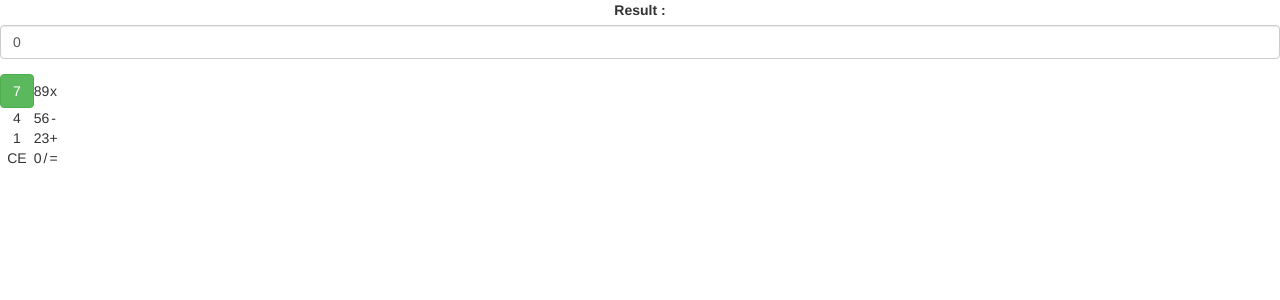
Repository: ranantharaj/calculator
Page: /
These files come from the project's save history. The page is drawn as it stood at one moment and after the next save; the edit follows.
The browser window is 1280 px wide. The pictures show the whole page.
The project was rebuilt for these pictures with package versions that can differ from the ones it lists, and the page was loaded fresh each time.

Above is the page before, as saved 2019-04-24 16:30:09.

### public/index.html
<!DOCTYPE html>
<html lang="en">
  <head>
    <meta charset="utf-8" />
    <link rel="shortcut icon" href="%PUBLIC_URL%/favicon.ico" />
    <meta name="viewport" content="width=device-width, initial-scale=1" />
    <meta name="theme-color" content="#000000" />
    <!--
      manifest.json provides metadata used when your web app is installed on a
      user's mobile device or desktop. See https://developers.google.com/web/fundamentals/web-app-manifest/
    -->
    <link rel="manifest" href="%PUBLIC_URL%/manifest.json" />
    <!--
      Notice the use of %PUBLIC_URL% in the tags above.
      It will be replaced with the URL of the `public` folder during the build.
      Only files inside the `public` folder can be referenced from the HTML.

      Unlike "/favicon.ico" or "favicon.ico", "%PUBLIC_URL%/favicon.ico" will
      work correctly both with client-side routing and a non-root public URL.
      Learn how to configure a non-root public URL by running `npm run build`.
    -->
    <title>React App</title>
  </head>
  <body>
    <!-- Latest compiled and minified CSS -->
<link rel="stylesheet" href="https://maxcdn.bootstrapcdn.com/bootstrap/3.4.0/css/bootstrap.min.css">
    <noscript>You need to enable JavaScript to run this app.</noscript>
    <div id="root"></div>
    <!--
      This HTML file is a template.
      If you open it directly in the browser, you will see an empty page.

      You can add webfonts, meta tags, or analytics to this file.
      The build step will place the bundled scripts into the <body> tag.

      To begin the development, run `npm start` or `yarn start`.
      To create a production bundle, use `npm run build` or `yarn build`.
    -->
  </body>
</html>

### src/App.js
import React, { Component } from 'react';
import { HashRouter, Route, Switch } from 'react-router-dom';
import { Button, Form, FormGroup, Label, Input, FormText } from 'reactstrap';

const Home = React.lazy(() => import('./Home'));
const About = React.lazy(() => import('./About'));
const loading = () => <div className="animated fadeIn pt-3 text-center">Loading...</div>;
class App extends Component {
  constructor(props) {
    super(props);
    this.state = {
      'val1': 0,
      'val2': 0,
      'result': 0,
      'operator': ''
    }
  }
  calculation(operator) {
    if (operator === 'x' || operator === '+' || operator === '-' || operator === '/') {
      this.setState({
        val1: this.state.val2,
        val2: 0,
        operator: operator,
        result: this.state.result + operator
      });
    }
    if (operator === 'CE') {
      this.setState({
        val1: 0,
        val2: 0,
        result: 0
      });
    } else if (operator === '=') {
      if (this.state.operator === 'x') {
        this.setState({
          result: (this.state.val1 * this.state.val2)
        });
      } else if (this.state.operator === '+') {
        this.setState({
          result: (this.state.val1 + this.state.val2)
        });
      } else if (this.state.operator === '-') {
        this.setState({
          result: (this.state.val1 - this.state.val2)
        });
      } else {
        this.setState({
          result: (this.state.val1 / this.state.val2)
        });
      }
    } else {

    }

  }

  parseCalculationString(s) {
    // --- Parse a calculation string into an array of numbers and operators
    let calculation = [],
      current = '';
    for (let i = 0, ch; ch = s.charAt(i); i++) {
      if ('^*/+-'.indexOf(ch) > -1) {
        if (current == '' && ch == '-') {
          current = '-';
        } else {
          calculation.push(parseFloat(current), ch);
          current = '';
        }
      } else {
        current += s.charAt(i);
      }
    }
    if (current != '') {
      calculation.push(parseFloat(current));
    }
    return calculation;
  }

  calculate(calc) {
    // --- Perform a calculation expressed as an array of operators and numbers
    let ops = [{ '^': (a, b) => Math.pow(a, b) },
    { '*': (a, b) => a * b, '/': (a, b) => a / b },
    { '+': (a, b) => a + b, '-': (a, b) => a - b }],
      newCalc = [],
      currentOp;
    for (let i = 0; i < ops.length; i++) {
      for (let j = 0; j < calc.length; j++) {
        if (ops[i][calc[j]]) {
          currentOp = ops[i][calc[j]];
        } else if (currentOp) {
          newCalc[newCalc.length - 1] =
            currentOp(newCalc[newCalc.length - 1], calc[j]);
          currentOp = null;
        } else {
          newCalc.push(calc[j]);
        }
      }
      calc = newCalc;
      newCalc = [];
    }
    if (calc.length > 1) {
      return calc;
    } else {
      return calc[0];
    }
  }

  render() {
    return (

      <div className="App text-center">
        <Form>
          <FormGroup>
            <Label for="calcResult">Result : </Label>
            <Input type="text" name="calcResult" value={this.state.result} />
          </FormGroup>
        </Form>

        <table>
          <tr>
            <td className="btn btn-success" onClick={(e) => this.setState({ val2: 7, result: this.state.result + '7' })}> 7 </td>
            <td onClick={(e) => this.setState({ val2: 8, result: this.state.result + '8' })}> 8 </td>
            <td onClick={(e) => this.setState({ val2: 9, result: this.state.result + '9' })}> 9 </td>
            <td onClick={(e) => this.calculation('x')}> x </td>
          </tr>
          <tr>
            <td onClick={(e) => this.setState({ val2: 4, result: this.state.result + '4' })}> 4 </td>
            <td onClick={(e) => this.setState({ val2: 5, result: this.state.result + '5' })}> 5 </td>
            <td onClick={(e) => this.setState({ val2: 6, result: this.state.result + '6' })}> 6 </td>
            <td onClick={(e) => this.calculation('-')}> - </td>
          </tr>
          <tr>
            <td onClick={(e) => this.setState({ val2: 1, result: this.state.result + '1' })}> 1 </td>
            <td onClick={(e) => this.setState({ val2: 2, result: this.state.result + '2' })}> 2 </td>
            <td onClick={(e) => this.setState({ val2: 3, result: this.state.result + '3' })}> 3 </td>
            <td onClick={(e) => this.calculation('+')}> + </td>
          </tr>
          <tr>
            <td onClick={(e) => this.calculation('CE')}> CE </td>
            <td onClick={(e) => this.setState({ val2: 0, result: this.state.result + '0' })}> 0 </td>
            <td onClick={(e) => this.calculation('/')}> / </td>
            <td onClick={(e) => this.setState({ result: this.calculate(this.parseCalculationString(this.state.result))} )}> = </td>
          </tr>

        </table>



      </div>
    )
  }
}

export default App;

Loaded but not shown: src/index.js (common file); src/index.css (common file); src/serviceWorker.js (common file)

After the next save:
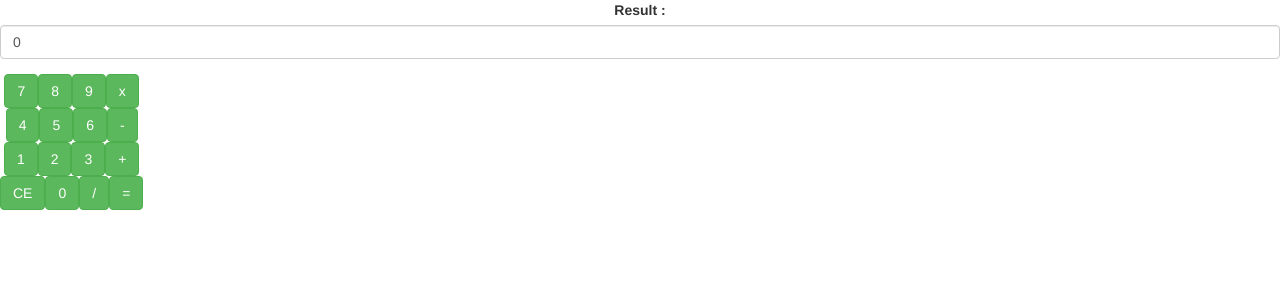
Saved 45 s later.
--- a/src/App.js
+++ b/src/App.js
@@ -118,28 +118,28 @@ class App extends Component {
 
         <table>
           <tr>
-            <td className="btn btn-success" onClick={(e) => this.setState({ val2: 7, result: this.state.result + '7' })}> 7 </td>
-            <td onClick={(e) => this.setState({ val2: 8, result: this.state.result + '8' })}> 8 </td>
-            <td onClick={(e) => this.setState({ val2: 9, result: this.state.result + '9' })}> 9 </td>
-            <td onClick={(e) => this.calculation('x')}> x </td>
+             <td  className="btn btn-success" className="btn btn-success" onClick={(e) => this.setState({ val2: 7, result: this.state.result + '7' })}> 7 </td>
+             <td  className="btn btn-success" onClick={(e) => this.setState({ val2: 8, result: this.state.result + '8' })}> 8 </td>
+             <td  className="btn btn-success" onClick={(e) => this.setState({ val2: 9, result: this.state.result + '9' })}> 9 </td>
+             <td  className="btn btn-success" onClick={(e) => this.calculation('x')}> x </td>
           </tr>
           <tr>
-            <td onClick={(e) => this.setState({ val2: 4, result: this.state.result + '4' })}> 4 </td>
-            <td onClick={(e) => this.setState({ val2: 5, result: this.state.result + '5' })}> 5 </td>
-            <td onClick={(e) => this.setState({ val2: 6, result: this.state.result + '6' })}> 6 </td>
-            <td onClick={(e) => this.calculation('-')}> - </td>
+             <td  className="btn btn-success" onClick={(e) => this.setState({ val2: 4, result: this.state.result + '4' })}> 4 </td>
+             <td  className="btn btn-success" onClick={(e) => this.setState({ val2: 5, result: this.state.result + '5' })}> 5 </td>
+             <td  className="btn btn-success" onClick={(e) => this.setState({ val2: 6, result: this.state.result + '6' })}> 6 </td>
+             <td  className="btn btn-success" onClick={(e) => this.calculation('-')}> - </td>
           </tr>
           <tr>
-            <td onClick={(e) => this.setState({ val2: 1, result: this.state.result + '1' })}> 1 </td>
-            <td onClick={(e) => this.setState({ val2: 2, result: this.state.result + '2' })}> 2 </td>
-            <td onClick={(e) => this.setState({ val2: 3, result: this.state.result + '3' })}> 3 </td>
-            <td onClick={(e) => this.calculation('+')}> + </td>
+             <td  className="btn btn-success" onClick={(e) => this.setState({ val2: 1, result: this.state.result + '1' })}> 1 </td>
+             <td  className="btn btn-success" onClick={(e) => this.setState({ val2: 2, result: this.state.result + '2' })}> 2 </td>
+             <td  className="btn btn-success" onClick={(e) => this.setState({ val2: 3, result: this.state.result + '3' })}> 3 </td>
+             <td  className="btn btn-success" onClick={(e) => this.calculation('+')}> + </td>
           </tr>
           <tr>
-            <td onClick={(e) => this.calculation('CE')}> CE </td>
-            <td onClick={(e) => this.setState({ val2: 0, result: this.state.result + '0' })}> 0 </td>
-            <td onClick={(e) => this.calculation('/')}> / </td>
-            <td onClick={(e) => this.setState({ result: this.calculate(this.parseCalculationString(this.state.result))} )}> = </td>
+             <td  className="btn btn-success" onClick={(e) => this.calculation('CE')}> CE </td>
+             <td  className="btn btn-success" onClick={(e) => this.setState({ val2: 0, result: this.state.result + '0' })}> 0 </td>
+             <td  className="btn btn-success" onClick={(e) => this.calculation('/')}> / </td>
+             <td  className="btn btn-success" onClick={(e) => this.setState({ result: this.calculate(this.parseCalculationString(this.state.result))} )}> = </td>
           </tr>
 
         </table>
